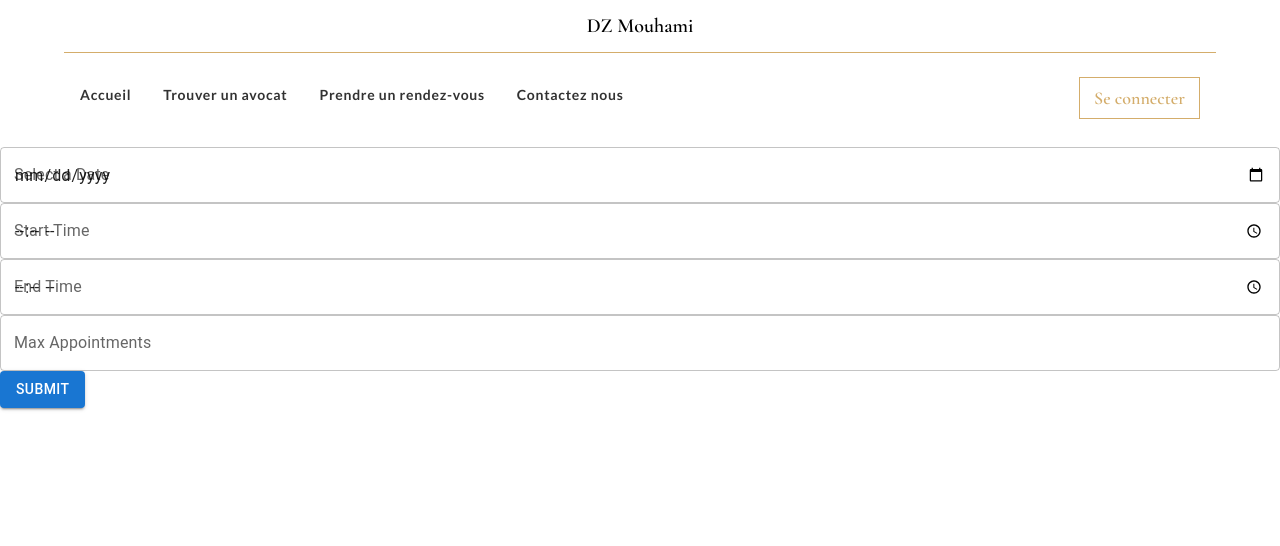
Repository: Chekrouba-Tinhinane/Mohami_dz
Page: /Available (app in client/)
An editor plug-in stored every save of this project. The page is shown before and after a run of saves, followed by the edit.
The browser window is 1280 px wide. The pictures show the whole page.
The page's requests for data from a server got no answer. The project was rebuilt for these pictures with package versions that can differ from the ones it lists, and the page was loaded fresh each time. No one was signed in, and anything a server would have sent is missing. Also part of the build but not shown: client/vite.config.js, client/src/components/super/Footer.jsx, client/src/LandingPage.jsx, client/src/SignIn.jsx, client/src/components/Selector.jsx, client/src/components/SearchContainer.jsx, client/src/components/LawyerCard.jsx, client/src/components/SearchBar.jsx and 13 more.

Above is the page before, as saved 2024-01-28 13:02:36.

### client/index.html
<!doctype html>
<html lang="en">
  <head>
    <meta charset="UTF-8" />
    <link rel="icon" type="image/svg+xml" href="/vite.svg" />
    <meta name="viewport" content="width=device-width, initial-scale=1.0" />
    <title>Mouhami DZ</title>
  </head>
  <body>
    <div id="root"></div>
    <script type="module" src="/src/App.jsx"></script>
  </body>
</html>

### client/src/App.jsx
import React, { useState, createContext, useContext, useEffect } from "react";
import { createRoot } from "react-dom/client";
import { BrowserRouter, Routes, Route } from "react-router-dom";
import "./index.css";
import LandingPage from "./LandingPage";
import SignIn from "./SignIn";
import Search from "./Search";
import HomeLayout from "./components/super/HomeLayout";
import Profile from "./components/Profile";
import ResultsPage from "./ResultsPage";
import SignUp from "./components/SignUp";
import maria from "./assets/maria/maria.jpg";
import ClientSignIn from "./ClientSignIn";
import AvailabilityForm from "./AvailabilityForm";
import axios from "axios";
import OwnProfile from "./OwnProfile";

const UserDataContext = createContext();

const App = () => {
  const [lawyers, setLawyers] = useState([]);

  useEffect(() => {
    const fetchLawyers = async () => {
      try {
        const response = await axios.get(
          "http://192.168.137.210:8000/avocat/avocat_list"
        );
        console.log(response.data);
        setLawyers(response.data);
      } catch (error) {
        console.error("Error fetching lawyers:", error);
      }
    };

    fetchLawyers(); // Call fetchLawyers when the component mounts
  }, []); // Empty dependency array ensures fetchLawyers is called only onc

  const [userData, setUserData] = useState(null);

  return (
    <UserDataContext.Provider value={{ userData, setUserData }}>
      <BrowserRouter>
        <Routes>
          <Route path={"/"} element={<LandingPage />} />
          <Route
            path={"/profile/:id"}
            element={
              <HomeLayout pageComponent={<Profile lawyers={lawyers} />} />
            }
          />
          <Route
            path={"/SelfProfile"}
            element={
              <HomeLayout
                pageComponent={
                  <OwnProfile
                    lawyer={{
                      avocat: {
                        siteweb: "google.com",
                        photo: "string",
                        ville: "jijel",
                        verified: false,
                        first_name: "BENBATTOUCHE",
                        region: "jijel",
                        id_speciality: 25,
                        id: 1,
                        codepostal: "18000",
                        last_name: "FOUAD TAREK",
                        password: "password",
                        email: "BENBATTOUCHE1@gmail.com",
                        langue: "arabic",
                        telephone: "1",
                        latitude: 0,
                        longitude: 0,
                      },
                      speciality_name: "Droit de l'immigration",
                    }}
                  />
                }
              />
            }
          />

          <Route path={"/ClientSignin"} element={<ClientSignIn />} />

          <Route
            path={"/Search"}
            element={
              <HomeLayout
                pageComponent={
                  <Search lawyers={lawyers} setLawyers={setLawyers} />
                }
              />
            }
          />
          <Route
            path={"/Available"}
            element={<HomeLayout pageComponent={<AvailabilityForm />} />}
          />
          <Route path={"/Signin"} element={<SignIn />} />
          {/*  <Route
          path={"/Schedule"}
          element={<HomeLayout pageComponent={<Schedule />} />}
        />


        <Route
          path={"/profile/:id"}
          element={<HomeLayout pageComponent={<Profile />} />}
        /> */}
          <Route
            path={"/SignUp"}
            element={<HomeLayout pageComponent={<SignUp />} />}
          />
        </Routes>
      </BrowserRouter>
    </UserDataContext.Provider>
  );
};

export const useUserData = () => useContext(UserDataContext);

export default App;

const root = createRoot(document.getElementById("root"));
root.render(<App />);

### client/src/index.css
@import url("https://fonts.googleapis.com/css2?family=Cormorant+Garamond:wght@300;400;500;600;700&family=Lato:wght@100;300;400;700;900&display=swap");

@tailwind base;
@tailwind components;
@tailwind utilities;

@layer base {
  a {
    @apply cursor-pointer;
  }
  h1 {
    @apply text-[50px] font-bold;
  }
  h2 {
    @apply text-[2.5rem] font-bold;
  }
  p {
  }
  h3 {
  }
  h4 {
    @apply text-[1rem] font-semibold;
  }
  textarea {
  }
  input {
  }
  select {
  }
}

* {
  /*font-family: 'Cormorant Garamond', serif; */
  font-family: "Lato", sans-serif;
  box-sizing: border-box;
  padding: 0;
  margin: 0;
}

.recursive {
  font-family: "Cormorant Garamond", serif;
}

.nav-item::after {
  content: "";
  display: block;
  width: 0;
  height: 2px;
  margin-top: 5px;
  background-color: rgb(212, 173, 107);
  transition: width 0.4s;
}

.nav-item:hover::after {
  width: 100%;
}

### client/src/components/super/HomeLayout.jsx
import React, { useState } from "react";
import NavBar from "./NavBar";

const HomeLayout = ({ pageComponent }) => {
  const navLinks = [
    { label: "Accueil", id: "about", offset: -50 },
    { label: "Trouver un avocat", id: "hero", offset: 0 },
    { label: "Prendre un rendez-vous", id: "appoint", offset: 50 },
    { label: "Contactez nous", id: "footer", offset: -100 }
  ];
  return (
    <div className=" flex flex-col min-h-screen items-center">
      <header className=" p-3 recursive border-b border-b-primary w-[90%] text-center font-semibold text-xl">
        {" "}
        DZ Mouhami{" "}
      </header>
      <NavBar links={navLinks} landing={true} />

      <div className={` w-full  `}>{pageComponent}</div>
    </div>
  );
};

export default HomeLayout;

### client/src/AvailabilityForm.jsx
import React from "react";
import { useFormik } from "formik";
import axios from "axios";
import { TextField, Button, Grid, Typography } from "@mui/material";

const initialValues = {
  DateInterval: "",
  HeureDebut: "",
  HeureFin: "",
  NbrMaxRdv: "",
  id_avocat: 1,
};

const validate = (values) => {
  const errors = {};
  if (!values.DateInterval) {
    errors.DateInterval = "Date is required";
  }
  if (!values.HeureDebut) {
    errors.HeureDebut = "Start time is required";
  }
  if (!values.HeureFin) {
    errors.HeureFin = "End time is required";
  }
  if (!values.NbrMaxRdv) {
    errors.NbrMaxRdv = "Max appointments is required";
  } else if (isNaN(values.NbrMaxRdv)) {
    errors.NbrMaxRdv = "Max appointments must be a number";
  }
  return errors;
};

const AvailabilityForm = () => {
  const formik = useFormik({
    initialValues,
    validate,
    onSubmit: async (values) => {
      try {
        const response = await axios.post(
          "http://192.168.137.210:8000/creneau/add_creneau",
          values
        );
        console.log("Response:", response.data);
        // Handle success response
      } catch (error) {
        console.error("Error:", error);
        // Handle error response
      }
    },
  });

  return (
    <Grid container spacing={2}>
      <Grid item xs={12}>
      </Grid>
      <Grid item xs={12}>
        <form onSubmit={formik.handleSubmit}>
          <TextField
            fullWidth
            id="DateInterval"
            name="DateInterval"
            label="Select a Date"
            type="date"
            value={formik.values.DateInterval}
            onChange={formik.handleChange}
            error={formik.touched.DateInterval && Boolean(formik.errors.DateInterval)}
            helperText={formik.touched.DateInterval && formik.errors.DateInterval}
          />
          <TextField
            fullWidth
            id="HeureDebut"
            name="HeureDebut"
            label="Start Time"
            type="time"
            value={formik.values.HeureDebut}
            onChange={formik.handleChange}
            error={formik.touched.HeureDebut && Boolean(formik.errors.HeureDebut)}
            helperText={formik.touched.HeureDebut && formik.errors.HeureDebut}
          />
          <TextField
            fullWidth
            id="HeureFin"
            name="HeureFin"
            label="End Time"
            type="time"
            value={formik.values.HeureFin}
            onChange={formik.handleChange}
            error={formik.touched.HeureFin && Boolean(formik.errors.HeureFin)}
            helperText={formik.touched.HeureFin && formik.errors.HeureFin}
          />
          <TextField
            fullWidth
            id="NbrMaxRdv"
            name="NbrMaxRdv"
            label="Max Appointments"
            type="number"
            value={formik.values.NbrMaxRdv}
            onChange={formik.handleChange}
            error={formik.touched.NbrMaxRdv && Boolean(formik.errors.NbrMaxRdv)}
            helperText={formik.touched.NbrMaxRdv && formik.errors.NbrMaxRdv}
          />
          <Button variant="contained" color="primary" type="submit">
            Submit
          </Button>
        </form>
      </Grid>
    </Grid>
  );
};

export default AvailabilityForm;

### client/src/components/super/NavBar.jsx
import { motion } from "framer-motion";
import { Link } from "react-router-dom";
import { Link as ScrollLink } from "react-scroll";

const NavBar = ({ links, landing }) => {
  return (
    <div
      whileHover={{ scale: 1, originX: 0, color: "#D4AD6B" }}
      transition={{ type: "tween", duration: 0.2 }}
      className={`  ${
        landing ? "px-20" : ""
      } flex items-center pt-6 mb-3 w-full justify-between `}
    >
      <motion.ul className="flex gap-[2rem] text-sm">
        {links.map((link, index) => (
          <motion.li
            key={index}
            whileHover={{ scale: 1, originX: 0, color: "#D4AD6B" }}
            transition={{ type: "tween", duration: 0.2 }}
            className="font-semibold opacity-80 tracking-wider cursor-pointer"
          >
            <ScrollLink
              to={link.id}
              spy={true}
              smooth={true}
              offset={link.offset}
              duration={500}
              className="nav-item"
            >
              {link.label}
            </ScrollLink>
          </motion.li>
        ))}
      </motion.ul>
      {landing && (
        <div className="flex gap-[1rem]">
          <Link
            to={"/SignIn"}
            href=""
            className="recursive flex items-center font-semibold text-primary border border-primary bg-white text-center text-lg py-1.5 px-3.5 hover:bg-opacity-70"
          >
            Se connecter
          </Link>
        </div>
      )}
    </div>
  );
};

export default NavBar;

### client/tailwind.config.js
/** @type {import('tailwindcss').Config} */
module.exports = {
  content: ["./src/**/*.{js,jsx,ts,tsx}"],
  theme: {
    extend: {
      colors: {
        lightBrown: "#FAF5EE",
        primary: "#D4AD6B",
        lightTypo: "#563D2B"
      },
    },
  },
  plugins: [],
};

After the next 2 saves:
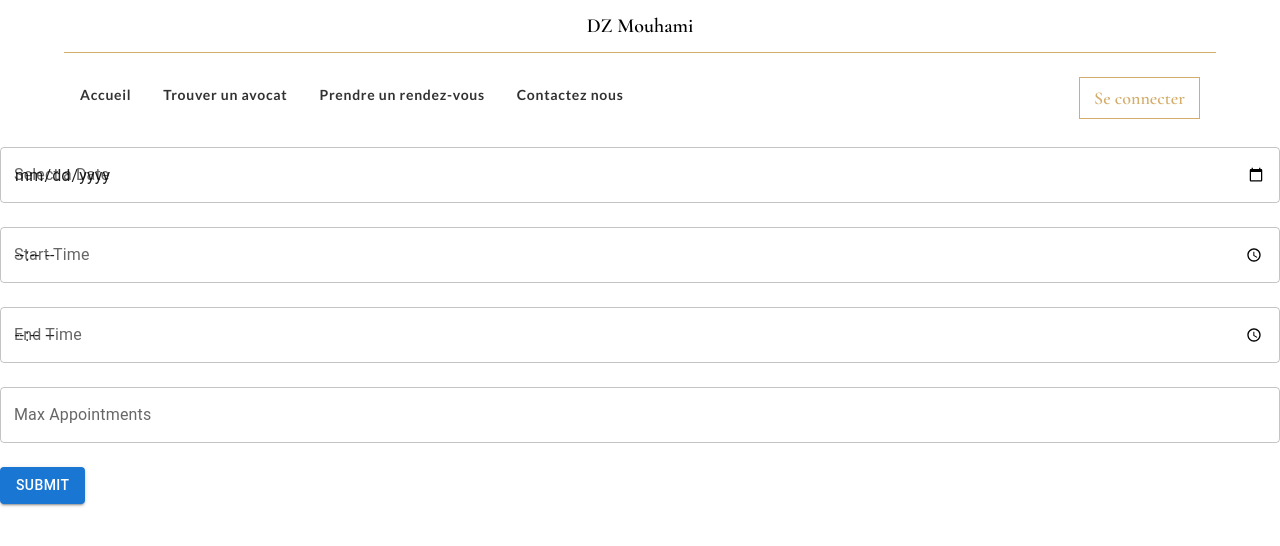
The 2 saves are shown as one change because 1 did not build or start.
The last was saved 12 s later.
--- a/client/src/AvailabilityForm.jsx
+++ b/client/src/AvailabilityForm.jsx
@@ -54,7 +54,7 @@ const AvailabilityForm = () => {
       <Grid item xs={12}>
       </Grid>
       <Grid item xs={12}>
-        <form onSubmit={formik.handleSubmit}>
+        <form className="space-y-6"  onSubmit={formik.handleSubmit}>
           <TextField
             fullWidth
             id="DateInterval"
